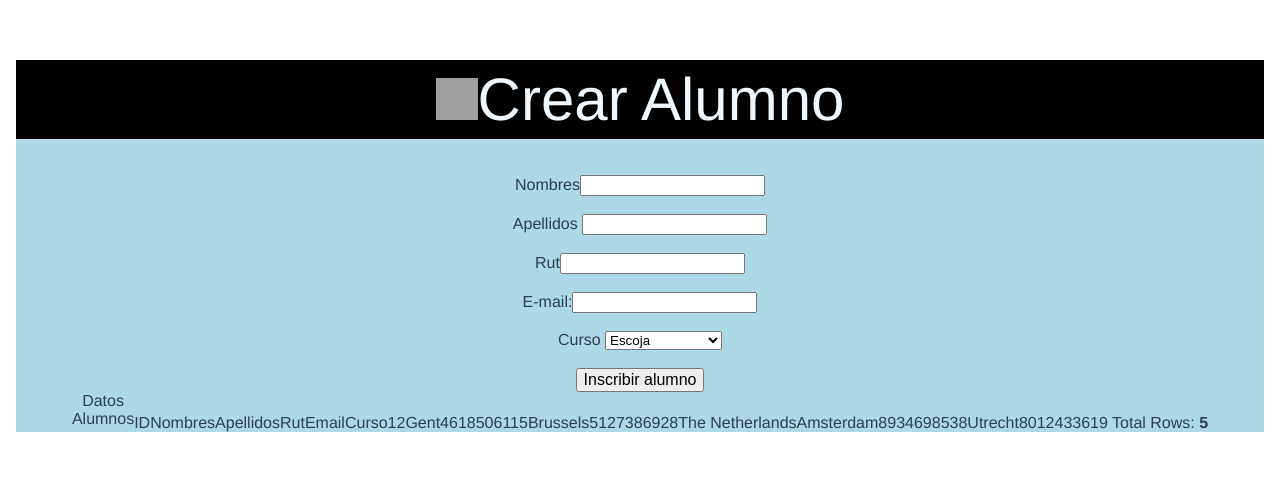
Repository: franciscamanquecheo/Tarea6ET
Page: / (app in my-project/)
These files come from the project's save history. The page is drawn as it stood at one moment and after the next save; the edit follows.
The browser window is 1280 px wide. The pictures show the whole page.
Pictures or frames that could not be fetched are drawn as grey boxes. The project was rebuilt for these pictures with package versions that can differ from the ones it lists, and the page was loaded fresh each time. Also part of the build but not shown: my-project/vue.config.js.

Above is the page before, as saved 2022-06-19 23:22:30.

After the next save:
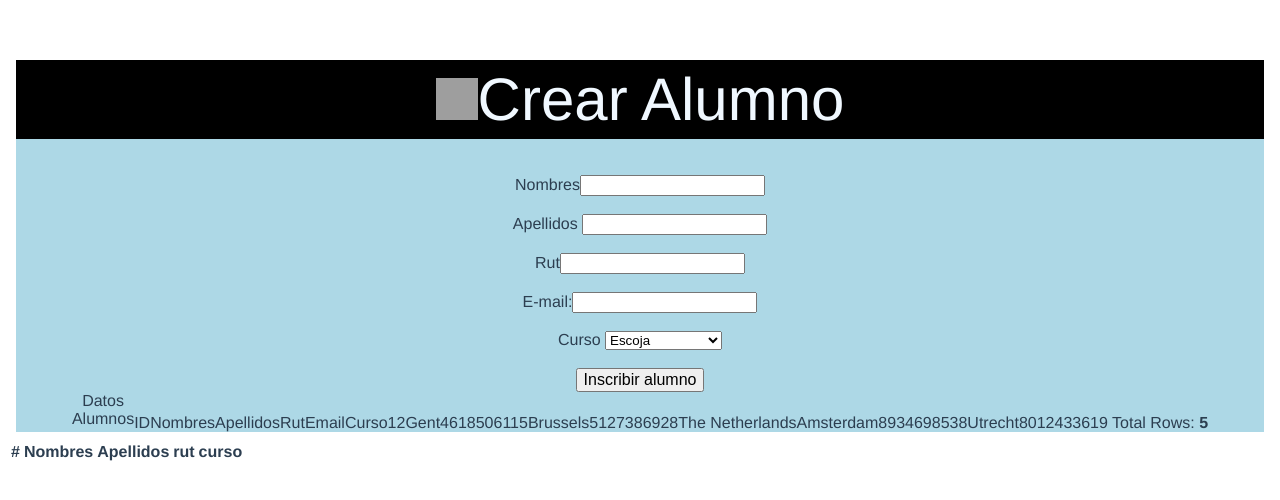
Saved 8 s later.
--- a/my-project/src/App.vue
+++ b/my-project/src/App.vue
@@ -1,18 +1,19 @@
 <template>
 
   <HelloWorld msg="Welcome to Your Vue.js App"/>
-
+  <tabla msg="holos"/>
 </template>
 
 <script>
 import HelloWorld from './components/HelloWorld.vue'
-
+import tabla from './components/tabla.vue'
 
 
 export default {
   name: 'App',
   components: {
-    HelloWorld
+    HelloWorld,
+    tabla
 }
 }
 </script>
